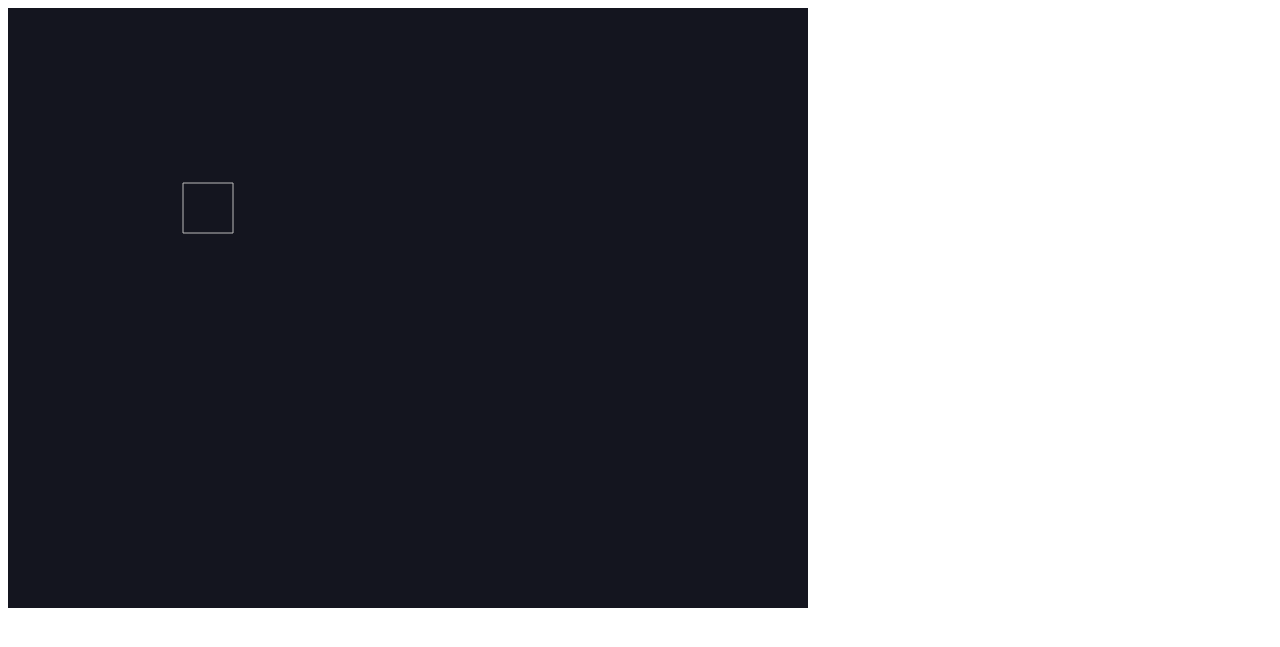
Repository: zhapar/JS-Bootcamp
Page: 3. Maze/index.html
An editor plug-in stored every save of this project. The page is shown before and after the next save, followed by the edit.
The browser window is 1280 px wide. The pictures show the whole page.
Some web libraries are served in a nearby version.

Above is the page before, as saved 2020-07-12 17:53:49.

After the next save:
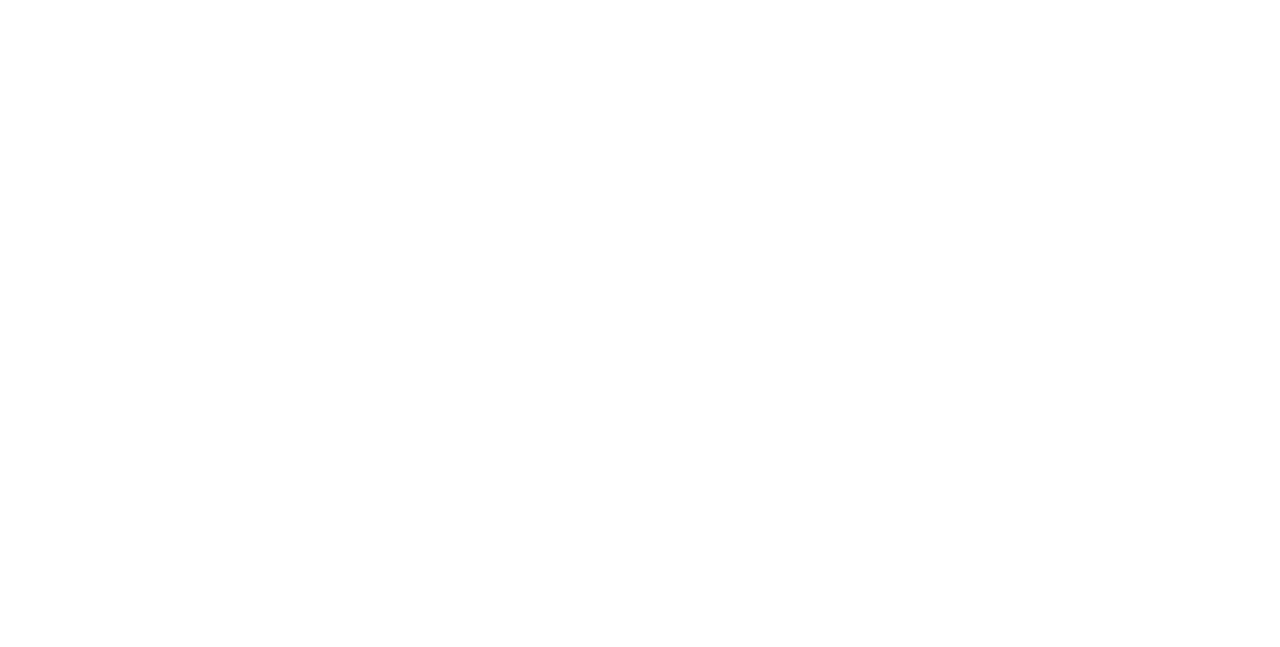
Console error: SyntaxError: missing ) after argument list
Saved 15 min 21 s later.
--- a/3. Maze/app.js
+++ b/3. Maze/app.js
@@ -17,4 +17,7 @@
 const shape = Bodies.rectangle(200, 200, 50, 50, {
   isStatic: true,
 });
+const walls = [
+  Bodies.rectangle(400, 0, 800, 40 {isStatic: true})
+]
 World.add(world, shape);

After the 2 saves that followed:
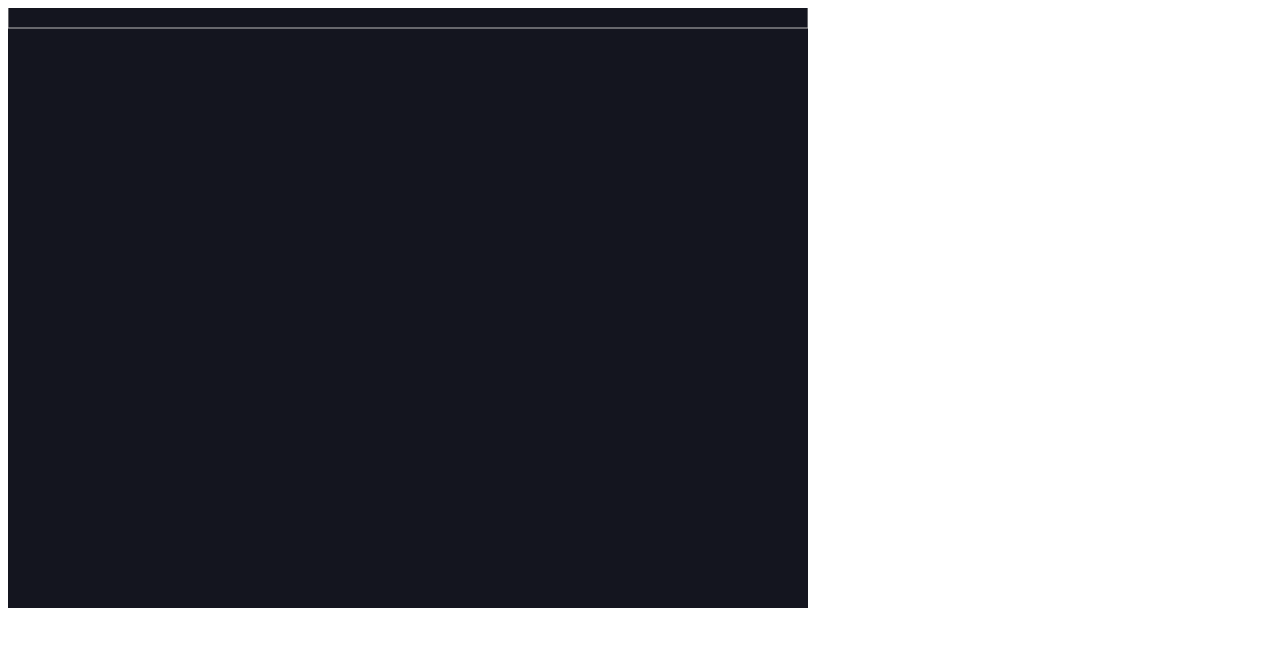
The error is gone.
The 2 saves are shown as one change because 1 left the picture as it was.
The last was saved 23 s later.
--- a/3. Maze/app.js
+++ b/3. Maze/app.js
@@ -17,7 +17,5 @@
 const shape = Bodies.rectangle(200, 200, 50, 50, {
   isStatic: true,
 });
-const walls = [
-  Bodies.rectangle(400, 0, 800, 40 {isStatic: true})
-]
-World.add(world, shape);
+const walls = [Bodies.rectangle(400, 0, 800, 40, { isStatic: true })];
+World.add(world, walls);
